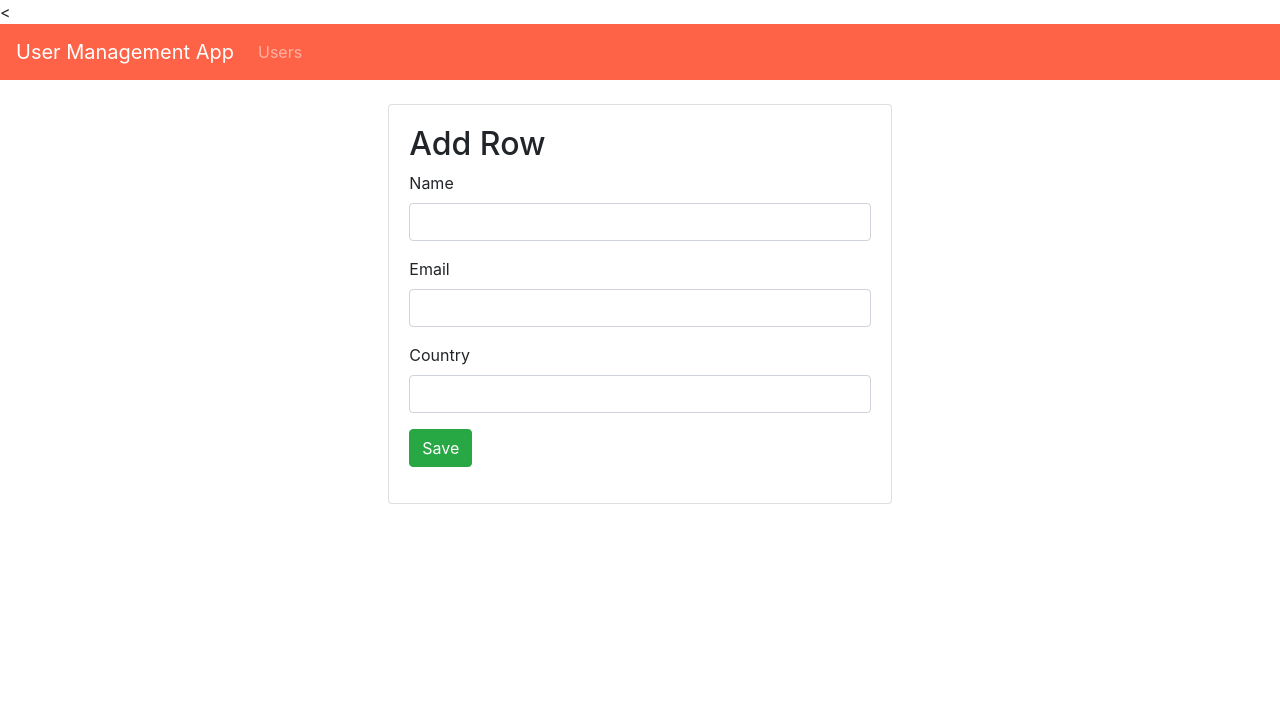
Repository: ngan429/CRUD_14
Page: http://localhost/crudweb/new
An editor plug-in stored every save of this project. The page is shown before and after the next save, followed by the edit.
The browser window is 1280 px wide. The pictures show the whole page.
The page is served by Tomcat 9.

Above is the page before, as saved 2022-06-03 21:33:56.

After the next save:
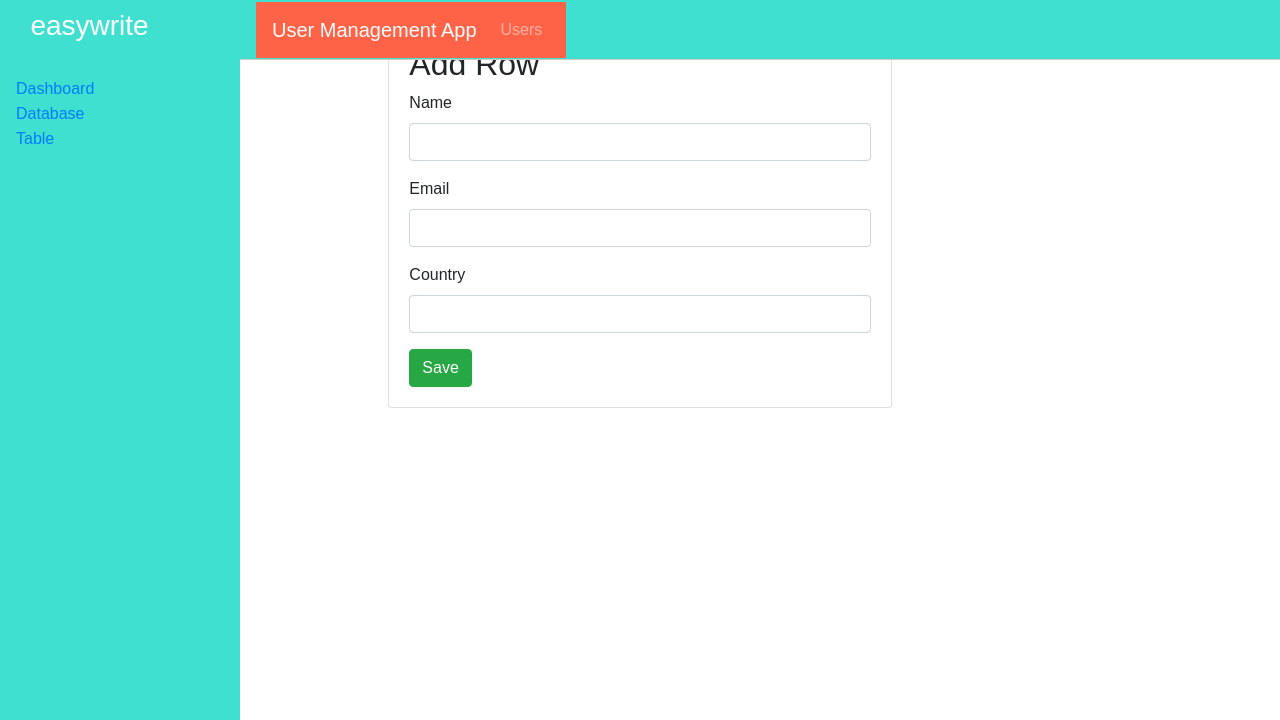
Saved 74 s later.
--- a/crudweb/crudweb/WebContent/user-form.jsp
+++ b/crudweb/crudweb/WebContent/user-form.jsp
@@ -7,9 +7,123 @@
             <title>User Management Application</title>
             <link rel="stylesheet" href="https://stackpath.bootstrapcdn.com/bootstrap/4.3.1/css/bootstrap.min.css" integrity="sha384-ggOyR0iXCbMQv3Xipma34MD+dH/1fQ784/j6cY/iJTQUOhcWr7x9JvoRxT2MZw1T" crossorigin="anonymous">
         </head>
+<style>
+*{
+	font-family: 'Poppins', sans-serif;
+	margin: 0;
+	padding: 0;
+	text-decoration: none;
+	list-style-type: none;
+	box-sizing: border-box;
+}
+.sidebar{
+	height: 100%;
+	width: 240px;
+	position: fixed;
+	left: 0;
+	top: 0;
+	z-index: 100;
+	background-color:turquoise;
+	color: #fff;
 
+}
+.slidebar-header{
+	display: flex;
+	justify-content: space-around;
+	align-items: center;
+	height: 60px;
+	padding: 0rem 1 rem;
+}
+.sidebar-menu{
+	padding: 1rem;
+}
+.slidebar li{
+	margin-bottom: 1rem;
+}
+.slidebar a{
+	color: #fff;
+}
+.slidebar a span:last-child {
+	padding-right: 0rem 1rem;
+}
+.main-content{
+	position: relative;
+	margin-left: 240px;
+}
+header{
+	position: fixed;
+	left: 240px;
+	top: 0;
+	z-index: 100;
+	width: calc(100% - 240px);
+	background: #fff;
+	height: 60px;
+	padding: 0rem 1rem;
+	display: flex;
+	align-items: center;
+	justify-content: space-between;
+	border-bottom: 1px solid #ccc;
+	background-color:turquoise;
+}
+.social-icons {
+	display: flex;
+	align-items: centers;
+}
+.social-icons div{
+	height: 40px;
+	width: 40px;
+	background-size: cover;
+	background-repeat: no-repeat;
+	background-image: url("image/pikachu.jpg");
+	background-color: #cccccc;
+}
+</style>
         <body>
-			<div class="user-form"><
+        	<div class="sidebar">
+		<div class="slidebar-header">
+			<h3 class="brand">
+				<span class="ti-unlink"></span>
+				<span>easywrite</span>
+			</h3>
+			<span class="ti-menu-alt"></span>
+		</div>
+		<div class="sidebar-menu">
+			<ul>
+				 <li class="sidebar-item active">
+                    <a href="">
+                        <span class="ti-settings" ></i>
+                        <span class="align-middle">Dashboard</span>
+                    </a>
+                </li>
+
+                <li>
+                    <a href="">
+                        <span class="ti-settings"></span>
+                        <span class="align-middle">Database</span>
+                    </a>
+                </li>
+
+                <li class="sidebar-item">
+                    <a href="">
+                        <span class="ti-settings"></span>
+                        <span class="align-middle">Table</span>
+                    </a>
+                </li>
+
+			</ul>
+		</div>
+		<div class="main-content">
+			<header>
+			<span class="image" href="image/pikachu.jpg"></span>
+				<div class="social-icons">
+					<span class="ti-bell"></span>
+					<span class="ti-comment"></span>
+
+				</div>
+			</header>
+		</div>
+	</div>
+			<div class="user-form">
             <header>
                 <nav class="navbar navbar-expand-md navbar-dark" style="background-color: tomato">
                     <div>
